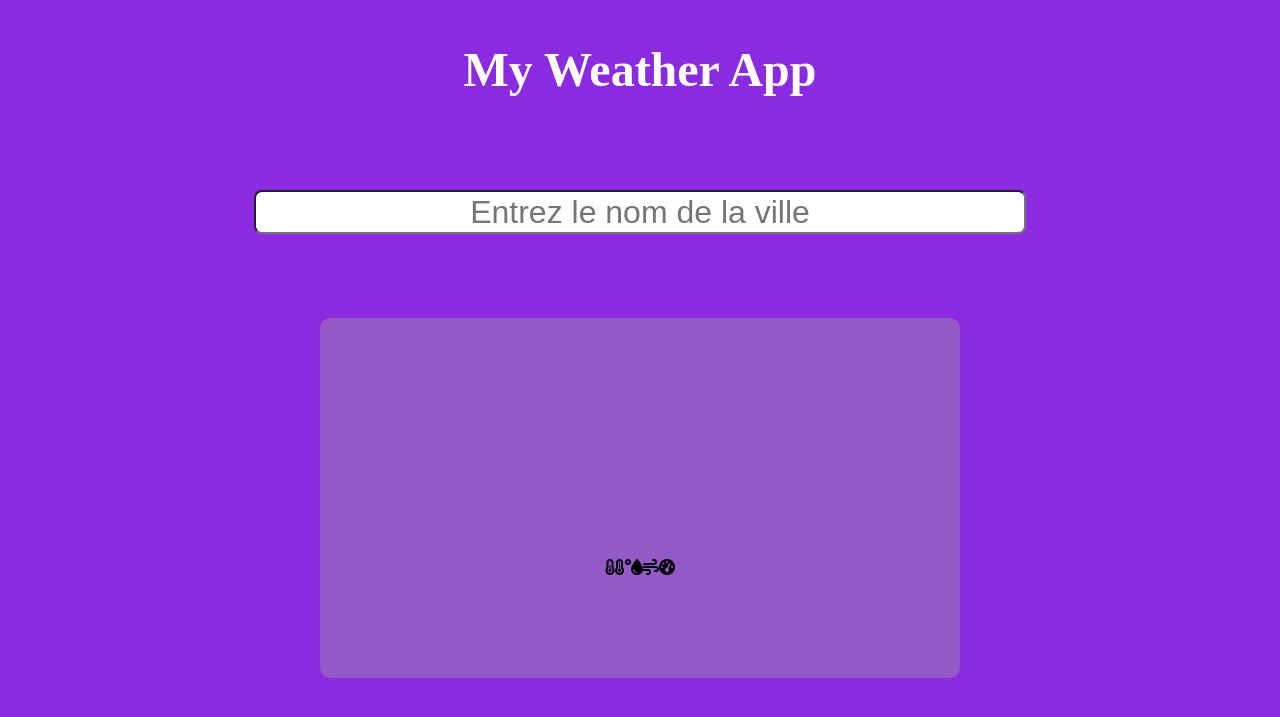
Repository: JeffnyAugustin/MyWeatherApp
Page: index.html
These files come from the project's save history. The page is drawn as it stood at one moment and after the next save; the edit follows.
The browser window is 1280 px wide. The pictures show the whole page.

Above is the page before, as saved 2023-11-14 18:45:02.

### index.html
<!DOCTYPE html>
<html lang="fr">

<head>
    <meta charset="UTF-8">
    <meta http-equiv="X-UA-Compatible" content="IE=edge">
    <meta name="viewport" content="width=device-width, initial-scale=1.0">
    <link rel="stylesheet" href="https://cdnjs.cloudflare.com/ajax/libs/font-awesome/6.4.0/css/all.min.css"
        integrity="sha512-iecdLmaskl7CVkqkXNQ/ZH/XLlvWZOJyj7Yy7tcenmpD1ypASozpmT/E0iPtmFIB46ZmdtAc9eNBvH0H/ZpiBw=="
        crossorigin="anonymous" referrerpolicy="no-referrer" />

    <link rel="stylesheet" href="/css/style.css">
    <title>My Weather App</title>
</head>

<body>



    <div id="container"></div>

    <script src="/js/script.js"></script>
</body>

</html>

### css/style.css
* {
    padding : 0;
    margin: 0;
}

body {
display: flex;
justify-content: center;
}

#container {
    background-color: blueviolet;
    height: 100vh;
    width: 100vw;
    display: flex;
    flex-direction: column;
    align-items: center;
    justify-content: space-around;

}

#searchBox {
    text-align: center;
    width: 60%;
    height: 40px;
    border-radius: 8px;
    margin-top: 10px;
    font-size: 2rem;
}


#allTogether {
    width: 50VW;
    height: 50VH;
    display: flex;
    flex-direction: column;
    justify-content: space-evenly;
    align-items: center;
    background-color: rgb(158 158 158 / 40%);
    border-radius: 10px;
}

div#meteoElement {
    display: flex;
    flex-direction: row;
    justify-content: space-around;
    flex-wrap: wrap;
}

div#cityElement {
    display: flex;
    flex-direction: row;
    gap: 10px;
    justify-content: center;
}

div#cityDescription {
    display: flex;
    flex-direction: column;
    gap: 20PX;
}


p {
    font-size: 2rem;
    color: white;
}

p.cityName {
    text-align: center;
}


h1 {
    font-size: 3em; /* Adjust the font size as needed */
    text-align: center;
    color: #ffffff; /* Set your desired text color */

}

### js/script.js
// Clé D'api
const API_KEY = "b476218e49ef0d0755a713e9ba77f79a";
// Lien vers L'api finissant par une recherche
const API_URL = `https://api.openweathermap.org/data/2.5/forecast?appid=${API_KEY}&units=metric&lang=fr&q=`;


const divContain = document.getElementById("container");
divContain.id = "container";


const titleDiv = document.createElement("div");
titleDiv.className = "title";

// Création H1
const heading = document.createElement('h1');

// Set the text content of the h1 element
heading.textContent = 'My Weather App';



// Création barre de recherche
const inputSearch = document.createElement("input");
inputSearch.id = "searchBox";
inputSearch.type = "text";
inputSearch.placeholder = "Entrez le nom de la ville"; // Ajout du placeholder

// Création de div
const newDiv = document.createElement("div");
newDiv.id = "allTogether";

const infoCityDiv = document.createElement("div");
infoCityDiv.id = "cityDescription";


// Création de div oiuyr stocker img + description
const cityImgDiv = document.createElement("div");
cityImgDiv.id = "cityElement";

// Création de div pour afficher les informations météorologiques
const weather = document.createElement("div");
weather.id = "meteoElement";

// Création balise paragraphe pour collecter le nom de la ville
const cityName = document.createElement("p");
cityName.className = "cityName";

// Création de div pour afficher la température
const temperatureDiv = document.createElement("div");
temperatureDiv.className = "temperature-container";

// Création balise paragraphe
const temperature = document.createElement("p");
temperature.className = "temps";

// Création de div pour afficher le temps ressenti
const feelsLikeDiv = document.createElement("div");
feelsLikeDiv.className = "feels-like-container";

// Création balise paragraphe pour la sensation thermique
const feelsLike = document.createElement("p");
feelsLike.className = "feels-like";

// Création de div pour afficher l'humidité
const humidityDiv = document.createElement("div");
humidityDiv.className = "humidity-container";

// Création de balise paragraphe pour l'humidité
const humidity = document.createElement("p");
humidity.className = "humidity";

// Création de div pour afficher le vent
const windDiv = document.createElement("div");
windDiv.className = "wind-container";

// Création de balise wind
const DataWind = document.createElement("p");
DataWind.className = "wind";



// Création de div pour l'humidité
const pressureDiv = document.createElement("div");
pressureDiv.className = "pressure-container";

// Création de balise paragraphe pour la pression atmosphérique
const pressure = document.createElement("p");
pressure.className = "pressure";

// Création de div pour afficher la description
const descriptionDiv = document.createElement("div");
descriptionDiv.className = "description-container";

// Création de balise paragraphe pour la description
const description = document.createElement("p");
description.className = "description";



// Création balise image
const image = document.createElement("img");

// Création balise icône pour la température
const temperatureIcon = document.createElement("i");
temperatureIcon.className = "fas fa-thermometer-half";

// Création balise icône pour la sensation thermique
const feelsLikeIcon = document.createElement("i");
feelsLikeIcon.className = "fas fa-temperature-high";

// Création balise icône pour l'humidité
const humidityIcon = document.createElement("i");
humidityIcon.className = "fas fa-tint";

// Création balise icône pour le vent
const windIcon = document.createElement("i");
windIcon.className = "fas fa-wind";

// Création balise icône pour la pression
const pressureIcon = document.createElement("i");
pressureIcon.className = "fas fa-tachometer-alt";



temperatureDiv.append(temperatureIcon, temperature); // ajout de l'icône

feelsLikeDiv.append(feelsLikeIcon, feelsLike); // ajout de l'icône

humidityDiv.append(humidityIcon, humidity); // ajout de l'icône

windDiv.append(windIcon, DataWind); // ajout de l'icône

pressureDiv.append(pressureIcon, pressure)

descriptionDiv.appendChild( description); // ajout de l'icône




// Function to format the date and time
function formatDateTime() {
    const currentDate = new Date();
    const options = { weekday: 'long', year: 'numeric', month: 'long', day: 'numeric', hour: 'numeric', minute: 'numeric'};
    return currentDate.toLocaleDateString('fr-FR', options);
}

// Create a div to display the date and time
    const dateTimeDiv = document.createElement("div");
    dateTimeDiv.id = "dateTime";
    infoCityDiv.appendChild(dateTimeDiv);

function checkWeather(city) {
    fetch(API_URL + city)
        .then(res => {
            if (!res.ok) {
                throw new Error("La ville n'a pas été trouvée");
            }
            return res.json();
        })
        .then(data => {
            cityName.textContent = data.city.name;
            image.src = `http://openweathermap.org/img/w/${data.list[0].weather[0].icon}.png`;

            description.textContent = data.list[0].weather[0].description;
            temperature.innerHTML = ` Température :  ${Math.round(data.list[0].main.temp)}°C `;
            feelsLike.textContent = "Temps Ressenti : " + Math.round(data.list[0].main.feels_like) + "°C";
            humidity.textContent = "humidityIcon : " + data.list[0].main.humidity + "%";
            DataWind.textContent = "Vitesse du vent : " + Math.floor(data.list[0].wind.speed) + " Km/h";
            pressure.textContent = "Pression : " + data.list[0].main.pressure + " hPa";

               // Display the date and time
               dateTimeDiv.textContent = "Date du jour : " + formatDateTime();

        })
        .catch(error => {
            console.error("Erreur de requête :", error.message);
            // Ajoutez ici un traitement pour informer l'utilisateur de l'erreur
        });
}

inputSearch.addEventListener("change", () => {
    checkWeather(inputSearch.value);
});


weather.append(temperatureDiv, feelsLikeDiv, humidityDiv, windDiv, pressureDiv); // ajout des éléments Weather
newDiv.append(infoCityDiv, weather); // ajout du conteneur Weather à newDiv
infoCityDiv.append(cityName, cityImgDiv)
cityImgDiv.append(image, descriptionDiv)
titleDiv.appendChild(heading)
divContain.append(titleDiv, inputSearch, newDiv); // ajout de tous les éléments à divContain
document.body.appendChild(divContain);



// Mise à jour des informations météorologiques toutes les 5 minutes
setInterval(function () {
    // Ici, mettre à jour les informations de la météo à l'aide de l'API ou d'autres sources
    // Vous pouvez appeler la fonction checkWeather avec la dernière ville recherchée
    checkWeather(inputSearch.value);
}, 5 * 60 * 1000);

After the next save:
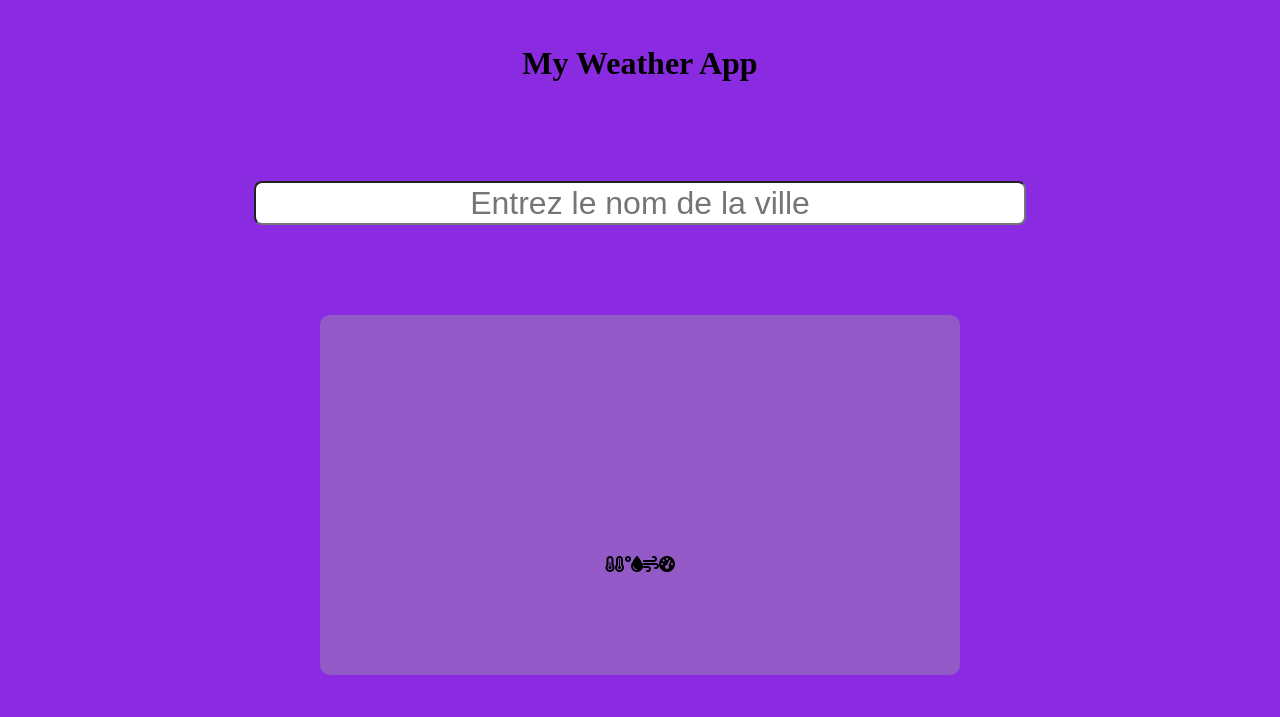
Saved 26 s later.
--- a/css/style.css
+++ b/css/style.css
@@ -69,11 +69,3 @@ p {
 p.cityName {
     text-align: center;
 }
-
-
-h1 {
-    font-size: 3em; /* Adjust the font size as needed */
-    text-align: center;
-    color: #ffffff; /* Set your desired text color */
-
-}
